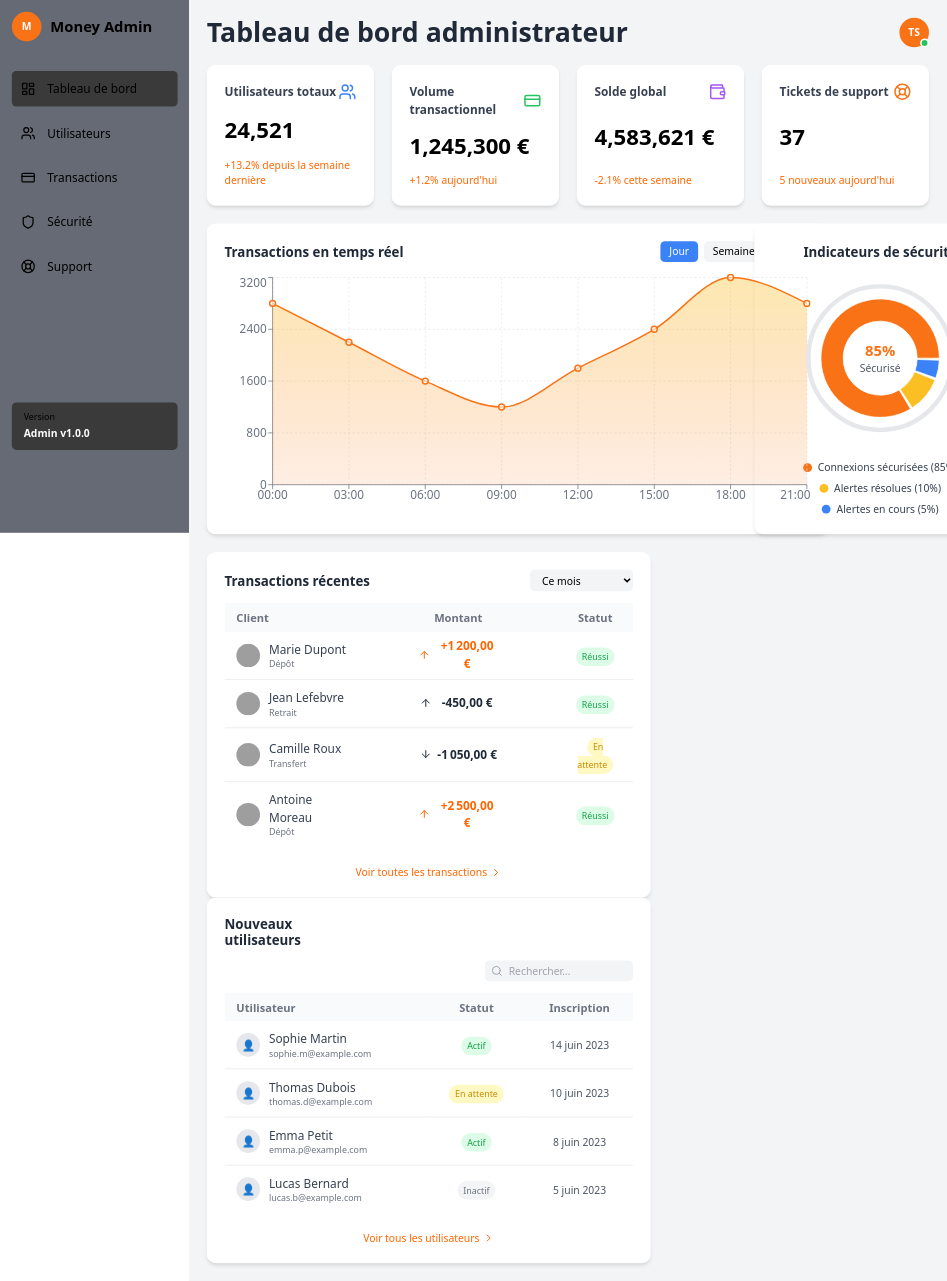
Repository: Edongo999/Dashboard
Page: /
The author's editor kept a copy of each file at every save. The page is drawn from the files as they stood at one save, then again after the next save.
The browser window is 1280 px wide. The pictures show the whole page, at 74% of full size.
Pictures or frames that could not be fetched are drawn as grey boxes. The project was rebuilt for these pictures with package versions that can differ from the ones it lists, and the page was loaded fresh each time. Also part of the build but not shown: vite.config.ts.

Above is the page before, as saved 2025-10-14 13:19:18.

After the next save:
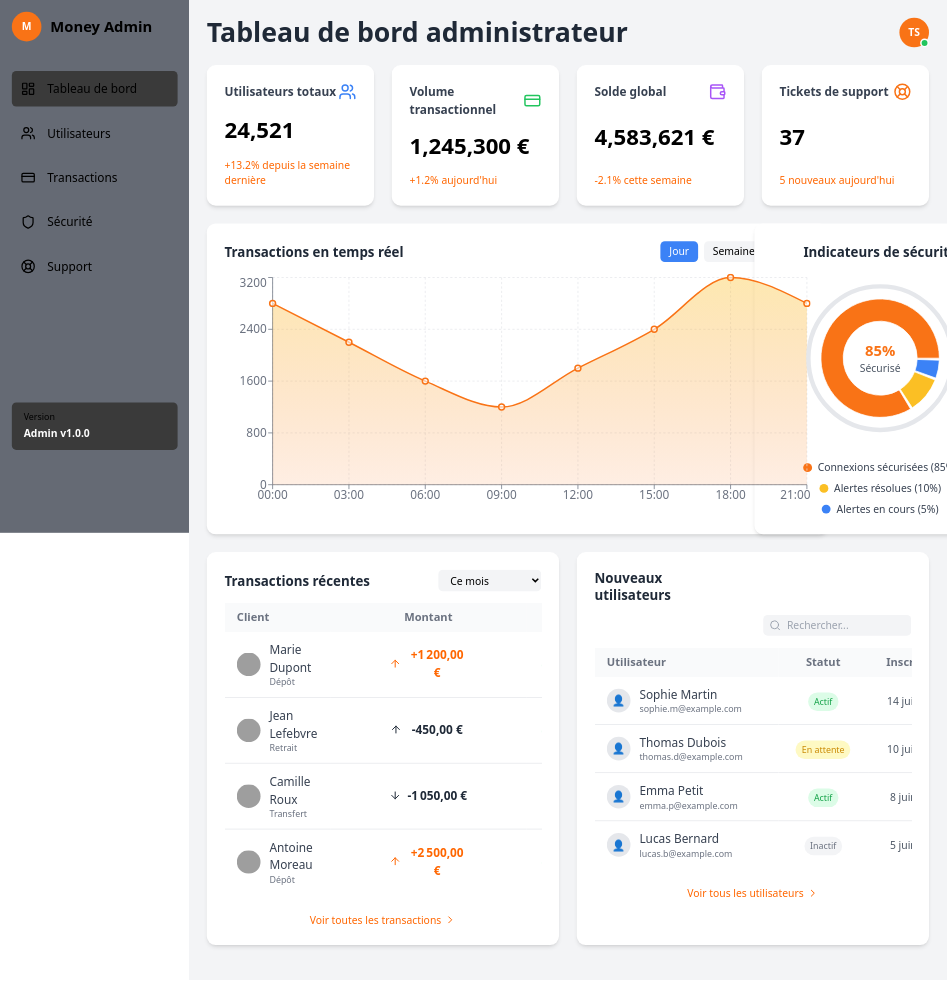
Saved 4 min 4 s later.
--- a/src/App.tsx
+++ b/src/App.tsx
@@ -3,9 +3,9 @@ import StatBlock from "./components/StatBlock"
 import UserAvatar from "./components/UserAvatar"
 import RealtimeChart from "./components/RealtimeChart"
 import SecurityIndicators from "./components/SecurityIndicators"
-import RecentActivity from "./components/RecentActivity" // ✅ AJOUT ICI
+import RecentActivity from "./components/RecentActivity"
+import NewUsersTable from "./components/NewUsersTable"
 import { Users, CreditCard, Wallet, LifeBuoy } from "lucide-react"
-import NewUsersTable from "./components/NewUsersTable"
 
 const App = () => {
   const kpis = [
@@ -43,7 +43,8 @@ const App = () => {
     <div className="flex min-h-screen">
       <Sidebar />
       <main className="flex-1 overflow-auto p-6 bg-[#F3F4F6]">
-        {/* Titre + avatar */}
+
+        {/* ✅ Titre + avatar */}
         <div className="flex items-center justify-between mb-6">
           <h1 className="text-4xl font-bold text-gray-800">
             Tableau de bord administrateur
@@ -51,22 +52,24 @@ const App = () => {
           <UserAvatar />
         </div>
 
-        {/* Cartes KPI */}
+        {/* ✅ Cartes KPI */}
         <div className="grid grid-cols-1 sm:grid-cols-2 lg:grid-cols-4 gap-6 mb-6">
           {kpis.map((kpi, i) => (
             <StatBlock key={i} {...kpi} />
           ))}
         </div>
 
-        {/* Section monitoring */}
+        {/* ✅ Section monitoring */}
         <div className="grid grid-cols-1 lg:grid-cols-2 gap-6 mb-6">
           <RealtimeChart />
           <SecurityIndicators />
         </div>
 
-        {/* 🔧 Nouvelle section : Activité récente */}
-        <RecentActivity />
-        <NewUsersTable />
+        {/* ✅ Section activité + utilisateurs côte à côte */}
+        <div className="grid grid-cols-1 lg:grid-cols-2 gap-6 mb-6">
+          <RecentActivity />
+          <NewUsersTable />
+        </div>
       </main>
     </div>
   )
